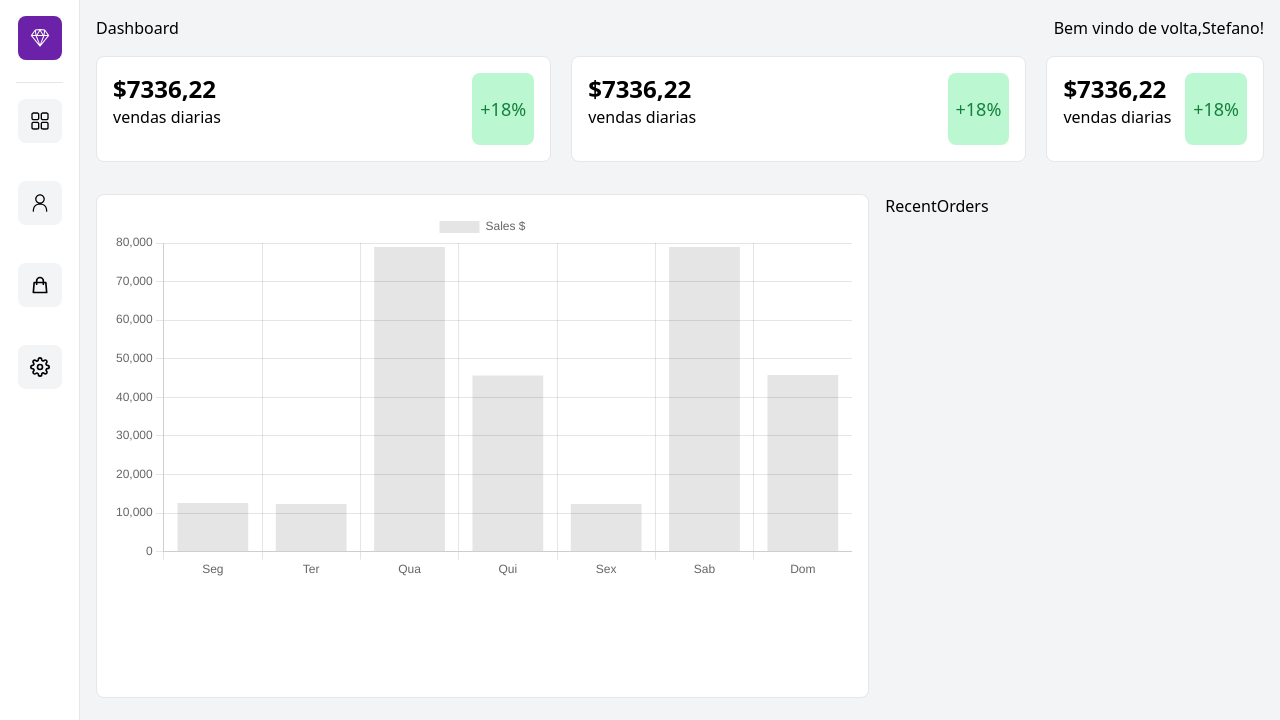
Repository: stefanosousaa/dashboard-next13
Page: /
The author's editor kept a copy of each file at every save. The page is drawn from the files as they stood at one save, then again after the next save.
The browser window is 1280 px wide. The pictures show the whole page.
The project was rebuilt for these pictures with package versions that can differ from the ones it lists, and the page was loaded fresh each time. The framework's server and built-in components were replaced by stand-ins that run in the browser. Also part of the build but not shown: next.config.js.

Above is the page before, as saved 2023-05-16 18:22:33.

After the next save:
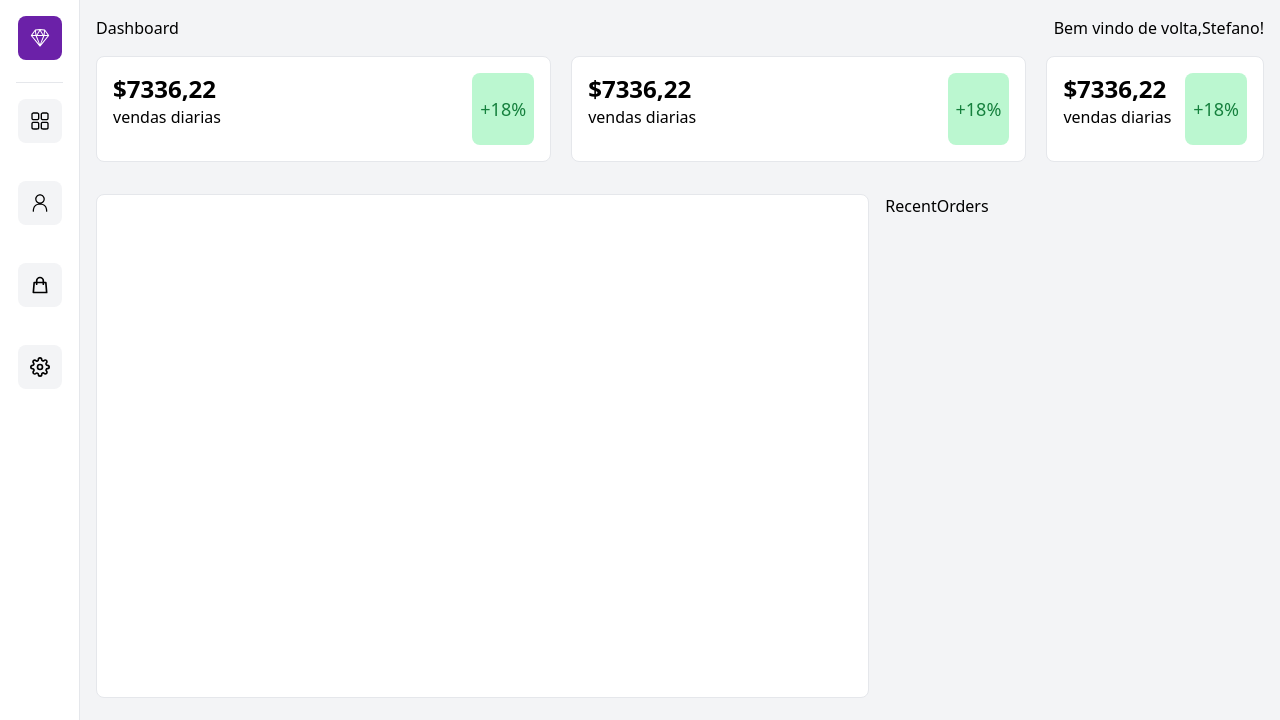
Saved 2 min 11 s later.
--- a/components/BarChart.jsx
+++ b/components/BarChart.jsx
@@ -18,7 +18,7 @@
     Title,
     Tooltip,
     Legend
-)
+);
 
 const BarChart = () => {
 
@@ -30,15 +30,7 @@
 
     useEffect(() =>{
      setChartData({
-        labels: ['Seg', 'Ter', 'Qua', 'Qui', 'Sex', 'Sab', 'Dom'],
-        datasets: [
-            {
-                label : 'Sales $',
-                data: [12578,12345,78945,45678,12345,78954,45789],
-                borderColor: 'rgb(53, 162, 235)',
-                backGroundColor: 'rgb(53, 162,235, 0.4)',
-            }
-        ]
+
      })
 
      setChartOptions({

After the 5 saves that followed:
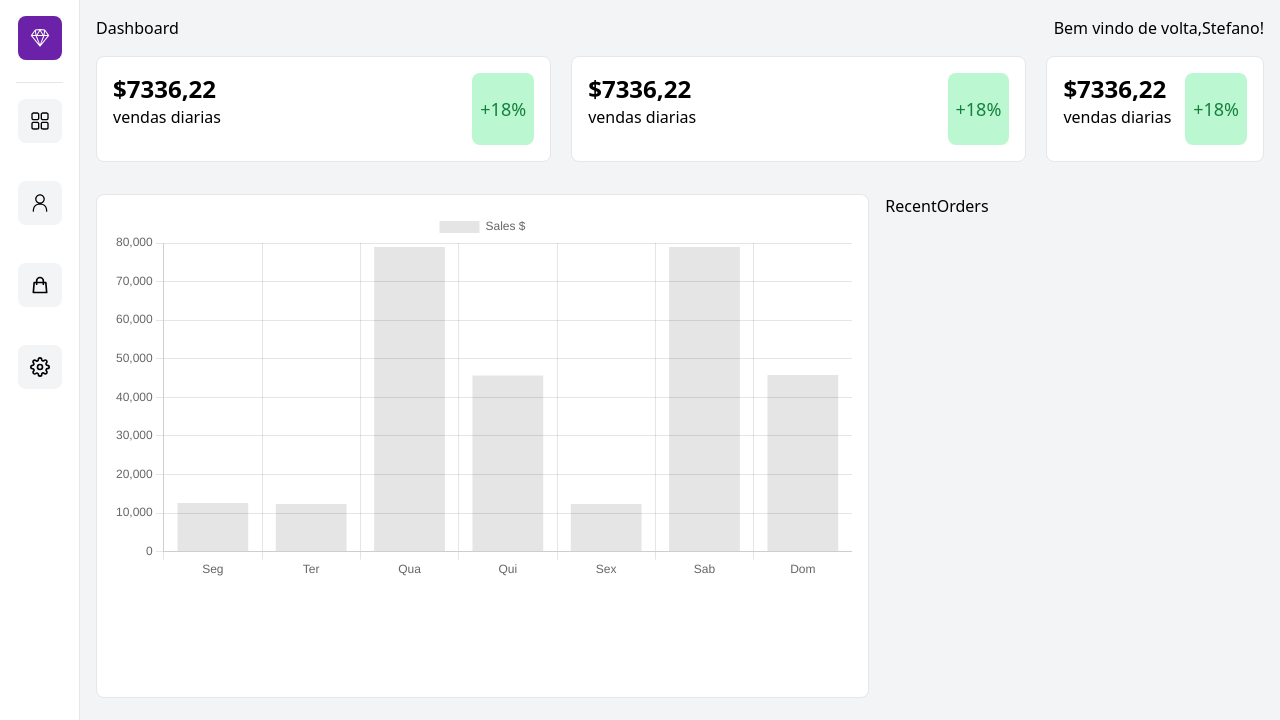
The 5 saves are shown as one change because 4 did not build or start.
The last was saved 4 min 25 s later.
--- a/components/BarChart.jsx
+++ b/components/BarChart.jsx
@@ -30,7 +30,15 @@
 
     useEffect(() =>{
      setChartData({
-
+        labels: ['Seg', 'Ter', 'Qua', 'Qui', 'Sex', 'Sab', 'Dom'],
+        datasets: [
+            {
+                label : 'Sales $',
+                data: [12578,12345,78945,45678,12345,78954,45789],
+                borderColor: 'rgb(53, 162, 235)',
+                backGroundColor: 'rgb(53, 162,235, 0.4)',
+            }
+        ]
      })
 
      setChartOptions({
